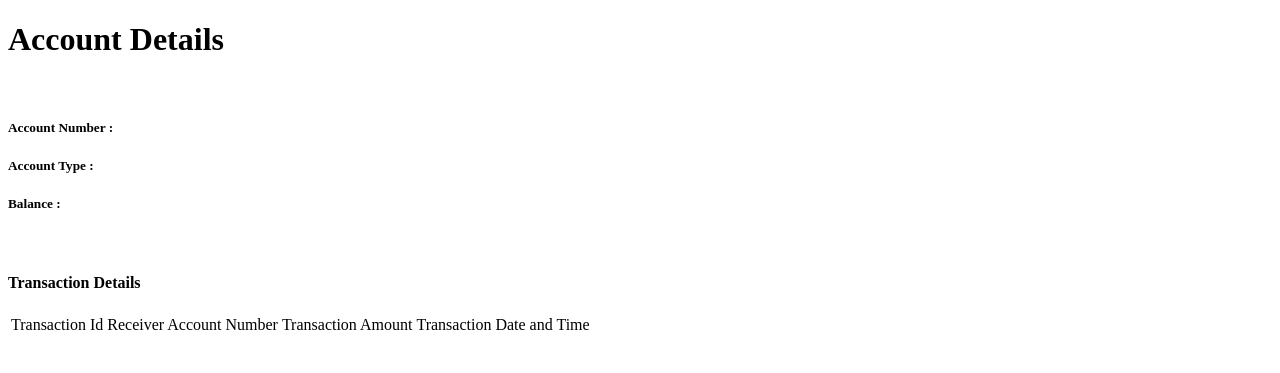
Repository: Shubham-Gawade/SpringHibernateTraining
Page: http://localhost/xorbankonline/WEB-INF/pages/accountdetails.jsp
These files come from the project's save history. The page is drawn as it stood at one moment and after the next save; the edit follows.
The browser window is 1280 px wide. The pictures show the whole page.
The page is served by Tomcat 9. Nobody is signed in. Other server files are loaded and not shown. The template is opened directly, without the code that normally fills it, so the values that code supplies are empty.

Above is the page before, as saved 2021-10-05 09:56:57.

### xorbankonline/src/main/webapp/WEB-INF/pages/accountdetails.jsp
<%@ page language="java" contentType="text/html; charset=ISO-8859-1"
    pageEncoding="ISO-8859-1"%>
<%@taglib uri="http://java.sun.com/jsp/jstl/core" prefix="c"%>
<!DOCTYPE html>
<html>
<head>
<meta charset="ISO-8859-1">
<title>Insert title here</title>
</head>
<body>
<h1>Account Details</h1>
	<br>
	<h5>Account Number : ${account.getAccountNumber()}</h5>
	<h5>Account Type : ${customer.getAccountType()}</h5>
	<h5>Balance : ${customer.getBalance()}</h5>
	<br>
	<h4>Transaction Details</h4>
	<table class="table">
		<tr>
			<td>Transaction Id</td>
			<td>Receiver Account Number</td>
			<td>Transaction Amount </td>
			<td>Transaction Date and Time</td>
		</tr>
		<c:forEach items="${account.transactions}" var="account">
			<tr>
				<td>${account.getAccountNumber()}</td>
				<td>${account.getAccountType()}</td>
				<td>${account.getBalance()}</td>
			</tr>
		</c:forEach>
	</table>
</body>
</html>

After the next save:
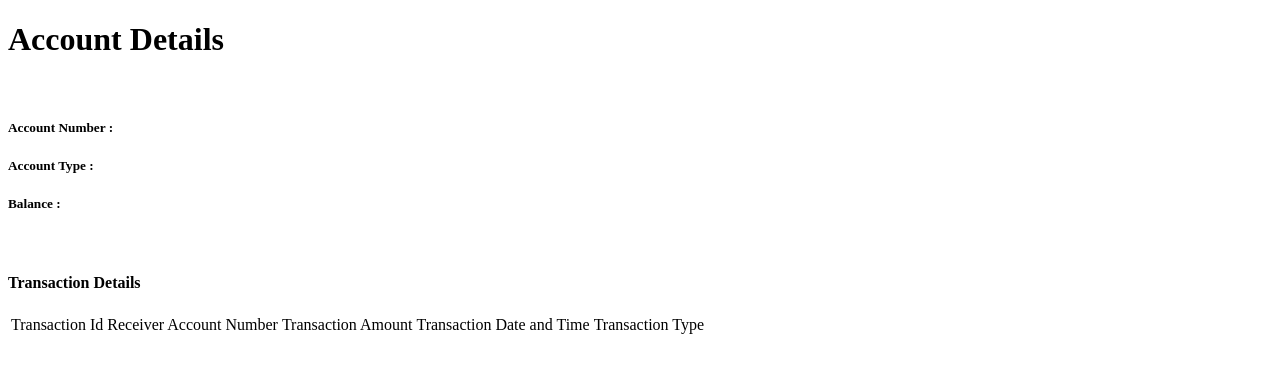
Saved 20 s later.
--- a/xorbankonline/src/main/webapp/WEB-INF/pages/accountdetails.jsp
+++ b/xorbankonline/src/main/webapp/WEB-INF/pages/accountdetails.jsp
@@ -21,6 +21,7 @@
 			<td>Receiver Account Number</td>
 			<td>Transaction Amount </td>
 			<td>Transaction Date and Time</td>
+			<td>Transaction Type</td>
 		</tr>
 		<c:forEach items="${account.transactions}" var="account">
 			<tr>
